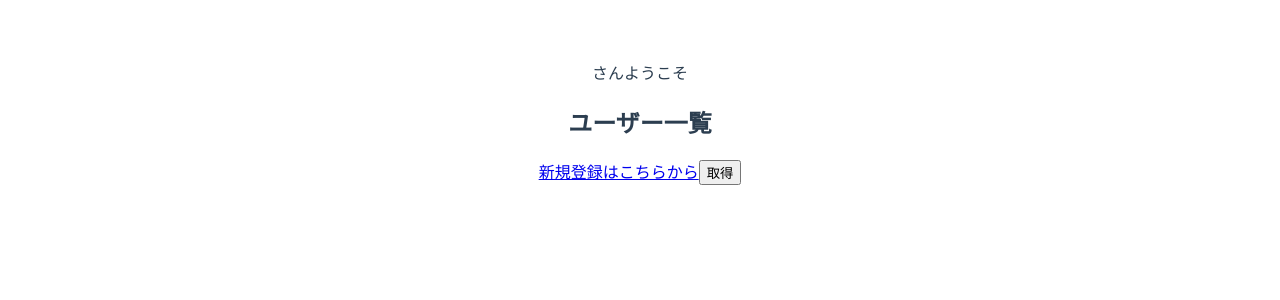
Repository: daisukey623/authentication
Page: /
An editor plug-in stored every save of this project. The page is shown before and after a run of saves, followed by the edit.
The browser window is 1280 px wide. The pictures show the whole page.
The project was rebuilt for these pictures with package versions that can differ from the ones it lists, and the page was loaded fresh each time. Also part of the build but not shown: src/views/Login.vue, src/views/Register.vue.

Above is the page before, as saved 2021-05-23 14:27:20.

### src/main.js
import Vue from 'vue';
import App from './App.vue';
import router from './router';
import firebase from 'firebase/app';
import 'firebase/firestore';


  // Your web app's Firebase configuration
  const firebaseConfig = {
    apiKey: "AIzaSyALEeG-uCX4SsTwYA51b2yka3Lb7Iv2w4Q",
    authDomain: "vuejs-http-de60c.firebaseapp.com",
    projectId: "vuejs-http-de60c",
    storageBucket: "vuejs-http-de60c.appspot.com",
    messagingSenderId: "897481049619",
    appId: "1:897481049619:web:c9e774a648e193e87c61e6"
  };
  // Initialize Firebase
  firebase.initializeApp(firebaseConfig);


new Vue({
  router,
  render: h => h(App)
}).$mount('#app');

export const db = firebase.firestore()
export const auth = firebase.auth()

### src/App.vue
<template>
  <div id="app">
    <header>
    <router-view></router-view>
    </header>
  </div>
</template>

<style scoped>
.header-item {
  padding: 10px;
}

</style>

<style>
#app {
  font-family: 'Avenir', Helvetica, Arial, sans-serif;
  -webkit-font-smoothing: antialiased;
  -moz-osx-font-smoothing: grayscale;
  text-align: center;
  color: #2c3e50;
  margin-top: 60px;
}
</style>

### src/router/index.js
import Vue from 'vue'
import VueRouter from 'vue-router'
import Dashboard from '../views/Dashboard.vue';
import Login from '../views/Login.vue';
import Register from '../views/Register.vue';


Vue.use(VueRouter)

const routes = [
  {
    path: '/',
    component: Dashboard
  },
  {
    path: '/login',
    component: Login
  },
  {
    path: '/register',
    component: Register
  },
]

const router = new VueRouter({
  mode: 'history',
  base: process.env.BASE_URL,
  routes
})

export default router

### src/views/Dashboard.vue
<template>
  <div>
    <div>{{ getUser }}さんようこそ</div>
    <h2>ユーザー一覧</h2>
    <router-link to="/register">新規登録はこちらから</router-link>
    <button @click="getUser()">取得</button>
  </div>
</template>

<script>
// import firebase from 'firebase'
// import { auth } from '../main'
import { db } from '../main'; // ここを追加
export default {
  data() {
    return {
      getUser: '',
      coin: {},
      test: 1000,
    };
  },
  methods: {
    getUser: function() {
      const user = db.collection('users').doc('JLVLHoWvo7Pe5xTdcjgnwSwhRMS2');
      user
        .get()
        .then(function(doc) {
          if (doc.exists) {
            console.log('Document data:', doc.data());
            console.log(doc.data().name);
          } else {
            console.log('No such document!');
          }
        })
        .catch(function(error) {
          console.log('Error getting document:', error);
        });
    },
    dotest() {
      console.log(this.test);
      // console.log(this.userName);
    },
  },
};
</script>

Loaded but not shown: public/index.html (common file)

After the next 2 saves:
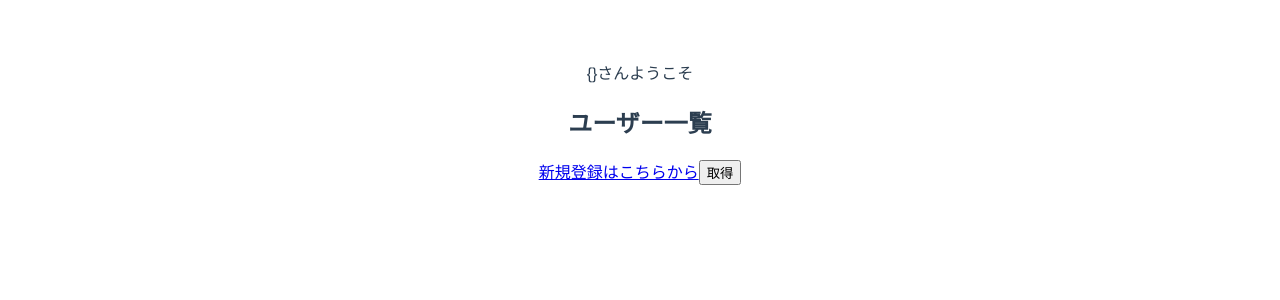
The 2 saves are shown as one change because they came seconds apart.
The last was saved 41 s later.
--- a/src/views/Dashboard.vue
+++ b/src/views/Dashboard.vue
@@ -14,7 +14,7 @@ import { db } from '../main'; // ここを追加
 export default {
   data() {
     return {
-      getUser: '',
+      getUser: {},
       coin: {},
       test: 1000,
     };
